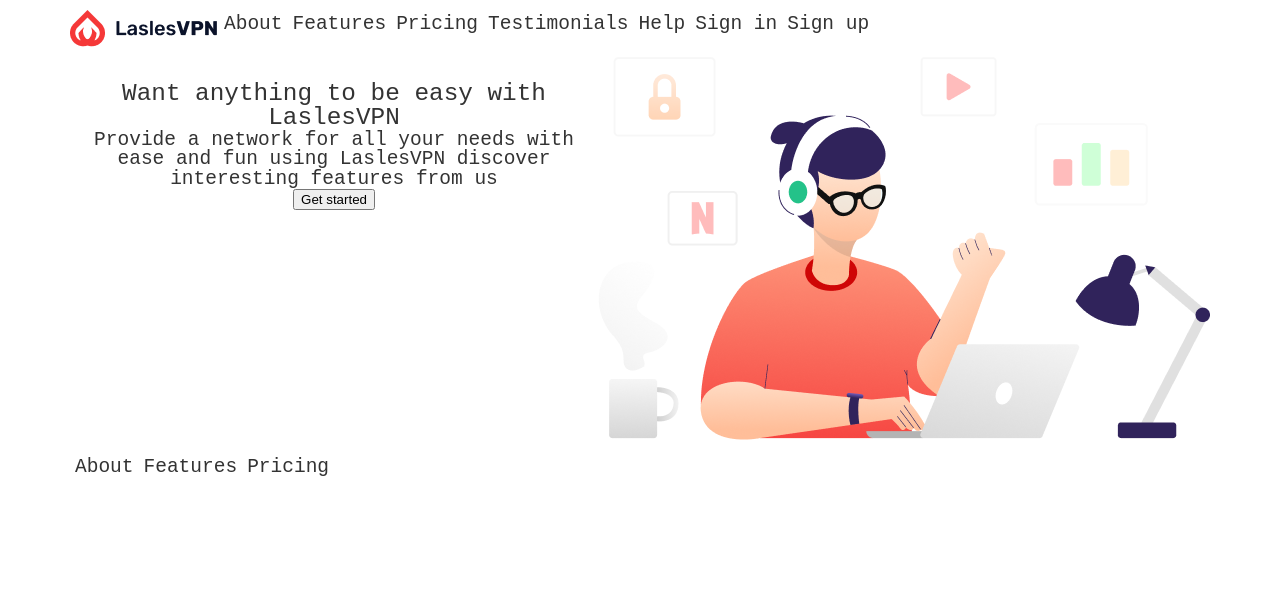
Repository: RaphaelMatheus-br/LP-251123
Page: index.html
An editor plug-in stored every save of this project. The page is shown before and after the next save, followed by the edit.
The browser window is 1280 px wide. The pictures show the whole page.

Above is the page before, as saved 2023-11-25 12:11:13.

### index.html
<!DOCTYPE html>
<html lang="en">

<head>
    <meta charset="UTF-8">
    <meta name="viewport" content="width=device-width, initial-scale=1.0">
    <title>Document</title>
    <link rel="stylesheet" href="style.css">
</head>

<body>

<section class="container flex">
    <img src="./imagens/Logo.png" alt="logo">
	<div class="item">About</div>
	<div class="item">Features</div>
	<div class="item">Pricing</div>
	<div class="item">Testimonials</div>
	<div class="item">Help</div>
	<div class="item">Sign in</div>
    <div class="item">Sign up</div>
</section>

<section class="container row">
    <div class="item">
        <h1 class="sobre__titulo">Want anything to be easy with LaslesVPN</h1>
        <p class="sobre__descricao">Provide a network for all your needs with ease and fun using LaslesVPN discover interesting features from us</p>
        <button class="sobre__botao">Get started</button>
    </div>
    <div class="img">
        <img src="./imagens/Illustration 1.png" alt="logo">
    </div>
</section>

<section class="container rectangle">
    <div class="rectangle">
        <div class="item">About</div>
	    <div class="item">Features</div>
	    <div class="item">Pricing</div>
    </div>
</section>

</body>
</html>

### style.css
html, body, div, span, applet, object, iframe,
h1, h2, h3, h4, h5, h6, p, blockquote, pre,
a, abbr, acronym, address, big, cite, code,
del, dfn, em, img, ins, kbd, q, s, samp,
small, strike, strong, sub, sup, tt, var,
b, u, i, center,
dl, dt, dd, ol, ul, li,
fieldset, form, label, legend,
table, caption, tbody, tfoot, thead, tr, th, td,
article, aside, canvas, details, embed,
figure, figcaption, footer, header, hgroup,
menu, nav, output, ruby, section, summary,
time, mark, audio, video {
	margin: 0;
	padding: 0;
	border: 0;
	font-size: 100%;
	font: inherit;
	vertical-align: baseline;
    background: white;
}
/* HTML5 display-role reset for older browsers */
article, aside, details, figcaption, figure,
footer, header, hgroup, menu, nav, section {
	display: block;
}
body {
	line-height: 1;
}

ol, ul {
	list-style: none;
}
blockquote, q {
	quotes: none;
}
blockquote:before, blockquote:after,
q:before, q:after {
	content: '';
	content: none;
}
table {
	border-collapse: collapse;
	border-spacing: 0;
}

.container {
    max-width: 1140px;
    margin: 0 auto;
    position: relative;
    padding-top: 10px;
}

/* Flex */
.flex {
	display: flex;
}

.flex-wrap {
	flex-wrap: wrap;
}

.flex-item-1 {
	flex: 1;
}

/* Flex Item */
.item {
	margin: 5px;
	text-align: center;
	font-size: 1.5em;
}

h1 {
	text-align: center;
	margin: 20px 0 0 0;
	font-size: 1.25em;
	font-weight: normal;
}

body {
	font-family: monospace;
	color: #333;
}

.row {
	display: flex;
}

.rectangle {
display: flex;
position: relative;
width: 1140px;
height: 200px;
flex-shrink: 0;
border-radius: 10px;
background: #FFF;
}

After the next save:
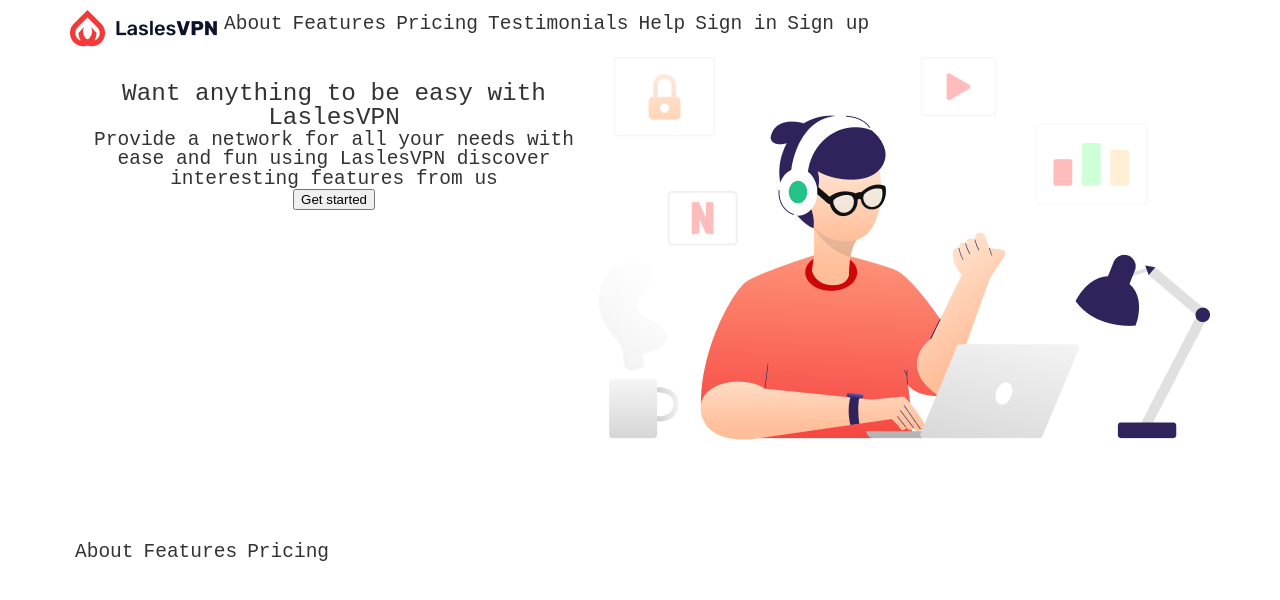
Saved 40 s later.
--- a/style.css
+++ b/style.css
@@ -89,7 +89,7 @@
 
 .rectangle {
 display: flex;
-position: relative;
+align-items: center;
 width: 1140px;
 height: 200px;
 flex-shrink: 0;

After the save that followed:
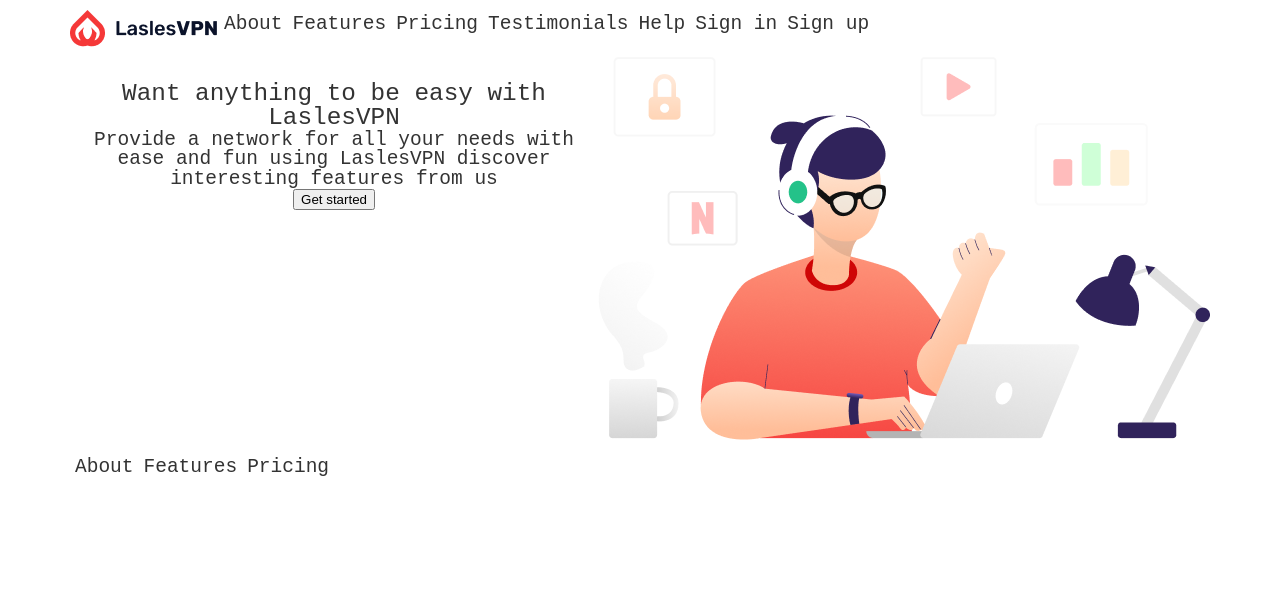
Saved 7 s later.
--- a/style.css
+++ b/style.css
@@ -89,7 +89,6 @@
 
 .rectangle {
 display: flex;
-align-items: center;
 width: 1140px;
 height: 200px;
 flex-shrink: 0;
